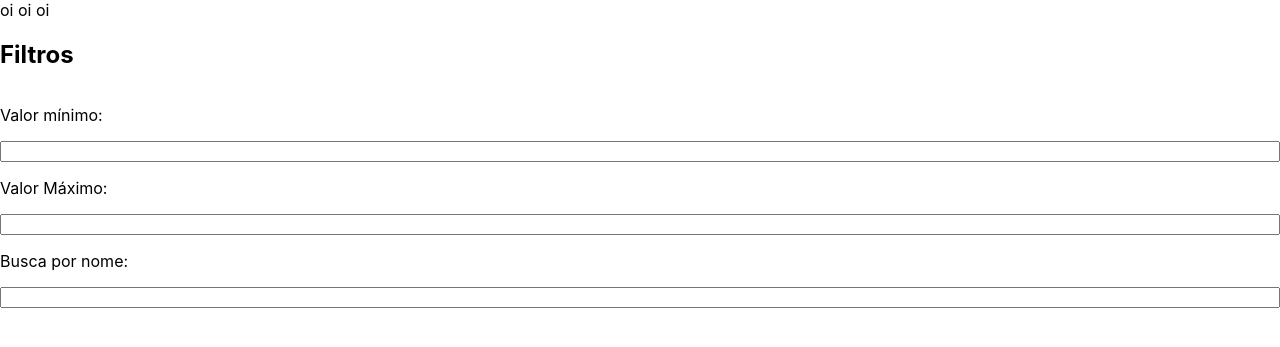
Repository: future4code/Shaw-labe-commerce9
Page: /
An editor plug-in stored every save of this project. The page is shown before and after the next save, followed by the edit.
The browser window is 1280 px wide. The pictures show the whole page.
The project was rebuilt for these pictures with package versions that can differ from the ones it lists, and the page was loaded fresh each time. Also part of the build but not shown: src/App.css.

Above is the page before, as saved 2022-03-30 15:02:53.

After the next save:
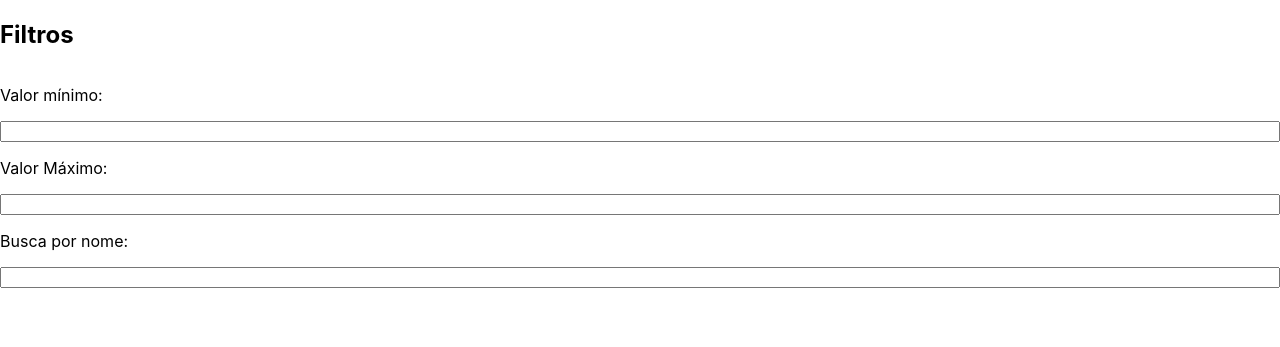
Saved 65 s later.
--- a/src/App.js
+++ b/src/App.js
@@ -10,7 +10,6 @@ class App extends React.Component{
     return(
 
       <div>
-       oi oi oi
       <Filtro />
 
 
